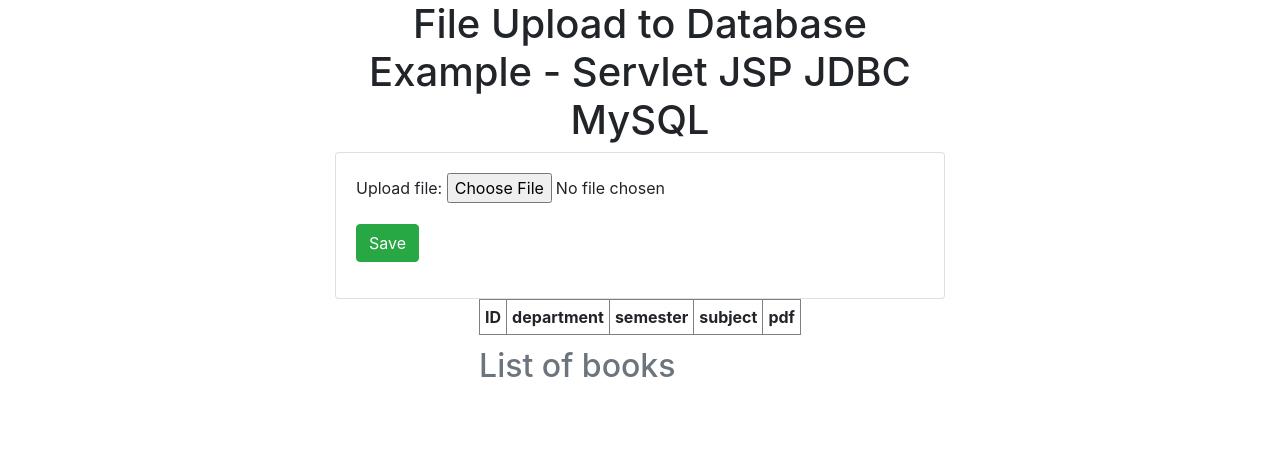
Repository: aishwaryan14/JavaProject
Page: http://localhost/StudentBuddy/
An editor plug-in stored every save of this project. The page is shown before and after the next save, followed by the edit.
The browser window is 1280 px wide. The pictures show the whole page.
The page is served by Tomcat 9. Queries for data that is not in the repository find no rows.

Above is the page before, as saved 2020-04-24 18:06:05.

After the next save:
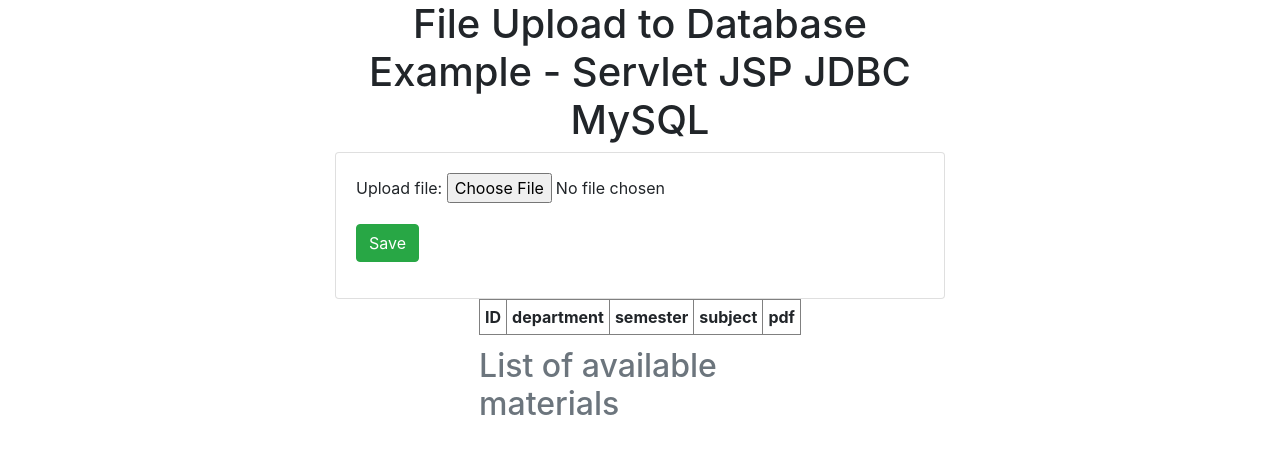
Saved 18 s later.
--- a/FinalJava/StudentBuddy/WebContent/index.jsp
+++ b/FinalJava/StudentBuddy/WebContent/index.jsp
@@ -47,7 +47,7 @@
 
     <div align="center">
         <table border="1" cellpadding="5">
-            <caption><h2>List of books</h2></caption>
+            <caption><h2>List of available materials</h2></caption>
             <tr>
                 <th>ID</th>
                 <th>department</th>
